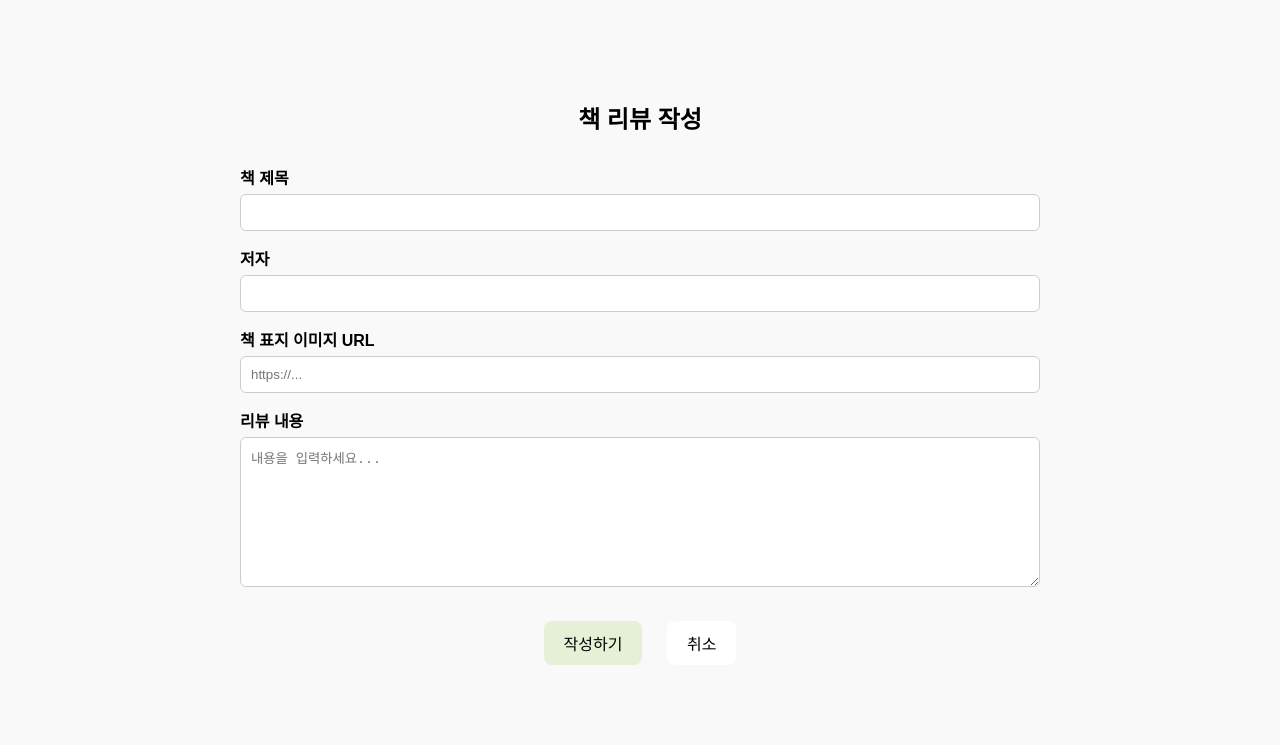
Repository: book-recommendation-team/book_recommendation_web_project
Page: http://localhost/2025_teamproject/reviewForm.jsp
These files come from the project's save history. The page is drawn as it stood at one moment and after the next save; the edit follows.
The browser window is 1280 px wide. The pictures show the whole page.
The page is served by Tomcat 9. Other server files are loaded and not shown.

Above is the page before, as saved 2025-07-01 05:33:12.

### 2025_teamproject/src/main/webapp/reviewForm.jsp
<%@ page contentType="text/html; charset=UTF-8" language="java" %>
<!DOCTYPE html>
<html>
<head>
	<title>리뷰 작성</title>
	<style>
		body {
			font-family: 'Noto Sans KR', sans-serif;
			margin: 40px auto;
            max-width: 800px;
			background-color: #f9f9f9;
			padding: 40px;
		}
		h2 {
			text-align: center;
			margin-bottom: 30px;
		}
		label {
			display: block;
			margin-top: 15px;
			font-weight: bold;
		}
		input[type="text"], textarea {
			width: 100%;
			padding: 10px;
			border: 1px solid #ccc;
			border-radius: 6px;
			margin-top: 5px;
			box-sizing: border-box;
		}
		textarea {
			height: 150px;
			resize: vertical;
		}
		.button-group {
			text-align: center;
			margin-top: 30px;
		}
		.button-group button {
			padding: 10px 20px;
			border: none;
			border-radius: 8px;
			font-size: 1rem;
			cursor: pointer;
			margin: 0 10px;
		}
		.button-submit {
			background-color: #e6f0d7;
			color: black;
		}
		.button-cancel {
			background-color: #fff;
			color: black;
		}
	</style>
</head>
<body>

	<h2>책 리뷰 작성</h2>
	<form action="submitReview" method="post">
		<label for="title">책 제목</label>
		<input type="text" id="title" name="title" required />

		<label for="author">저자</label>
		<input type="text" id="author" name="author" required />

		<label for="coverImageUrl">책 표지 이미지 URL</label>
		<input type="text" id="coverImageUrl" name="coverImageUrl" placeholder="https://..." required />

		<label for="reviewText">리뷰 내용</label>
		<textarea id="reviewText" name="reviewText" placeholder="내용을 입력하세요..." required></textarea>

		<div class="button-group">
			<button type="submit" class="button-submit">작성하기</button>
			<button type="button" class="button-cancel" onclick="history.back()">취소</button>
		</div>
	</form>
</body>
</html>

After the next save:
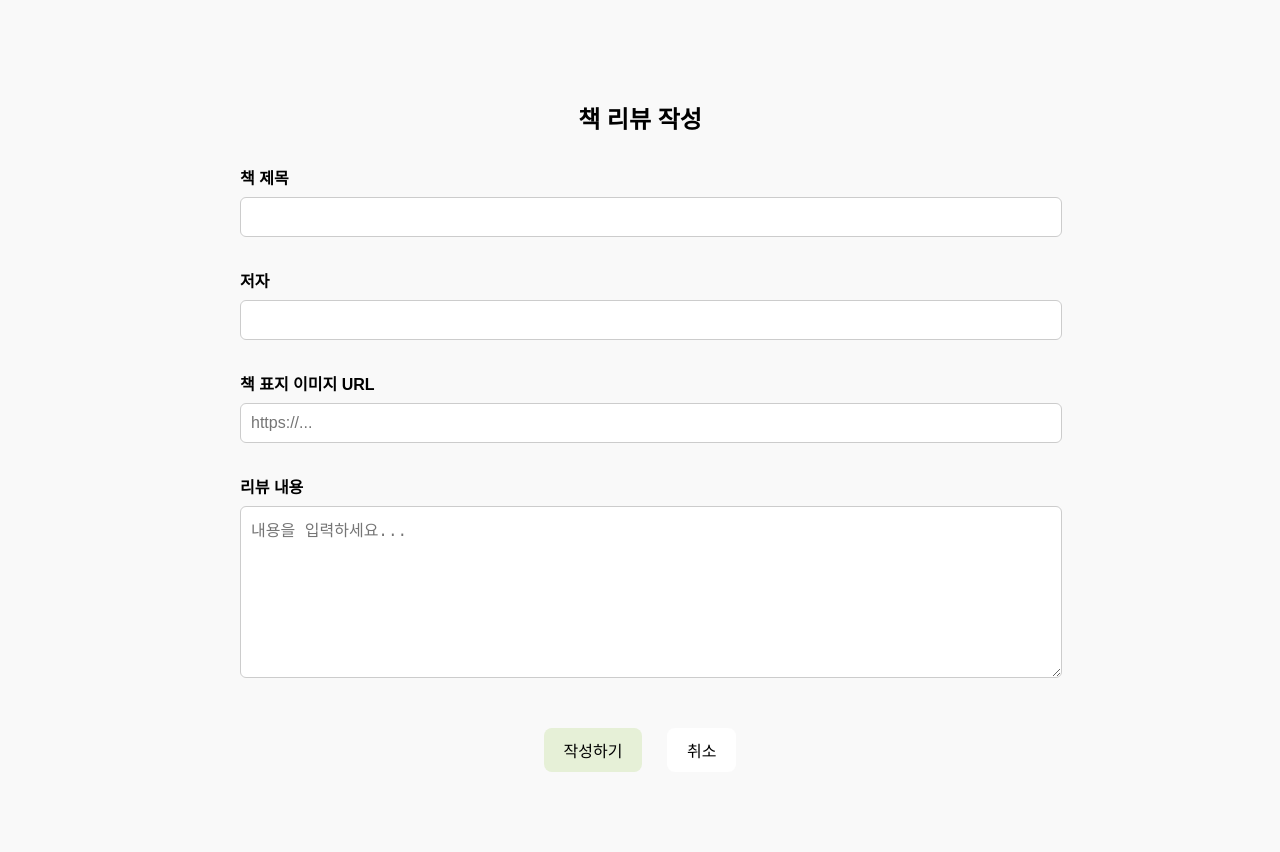
Saved 64 s later.
--- a/2025_teamproject/src/main/webapp/reviewForm.jsp
+++ b/2025_teamproject/src/main/webapp/reviewForm.jsp
@@ -22,11 +22,12 @@
 		}
 		input[type="text"], textarea {
 			width: 100%;
-			padding: 10px;
-			border: 1px solid #ccc;
-			border-radius: 6px;
-			margin-top: 5px;
-			box-sizing: border-box;
+            padding: 10px;
+            margin-top: 8px;
+            margin-bottom: 16px;
+            border: 1px solid #ccc;
+            border-radius: 6px;
+            font-size: 1rem;
 		}
 		textarea {
 			height: 150px;
